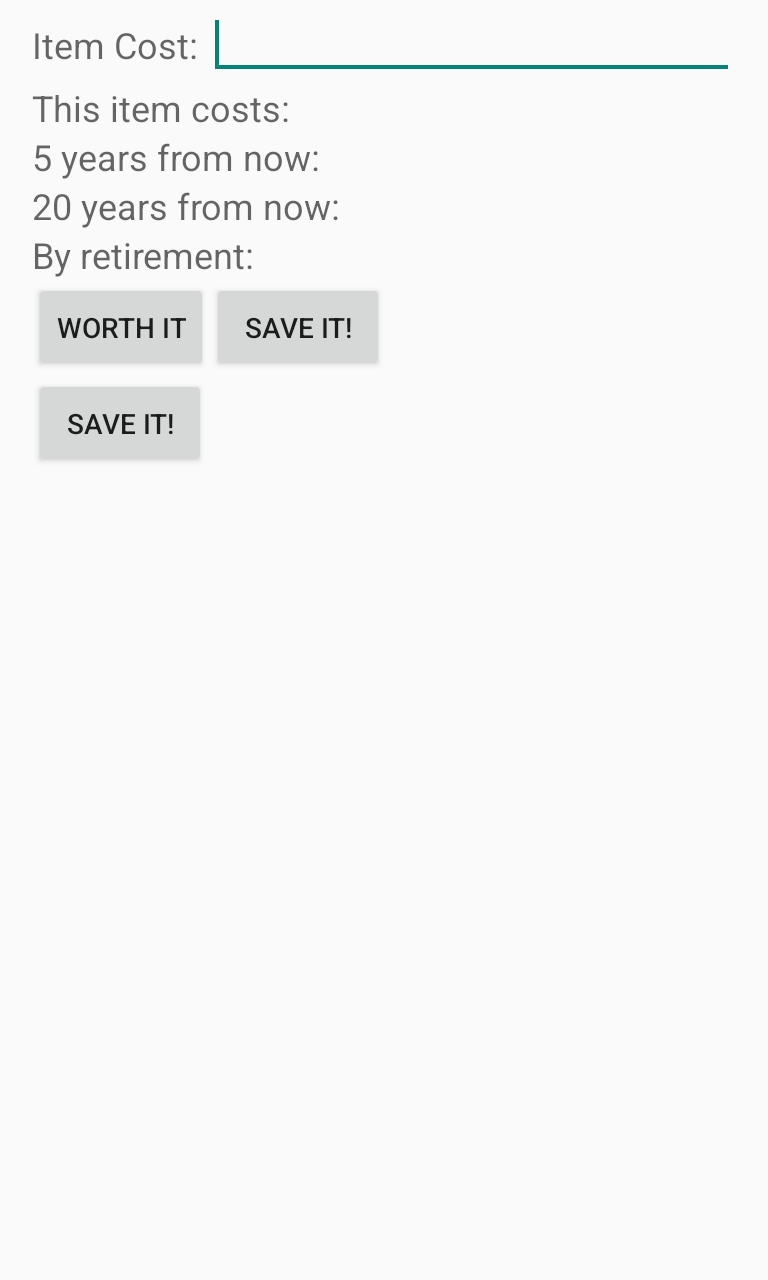
Repository: aallev11/saveit
Layout: ShouldISaveIt/res/layout/activity_main.xml
The author's editor kept a copy of each file at every save. The layout is drawn from the files as they stood at one save, then again after the next save.
It is drawn on a 768 x 1280 px phone screen (xhdpi) without system bars, with theme AppTheme; the app's code is not run.

Above is the layout before, as saved 2014-03-30 13:42:24.

After the next save:
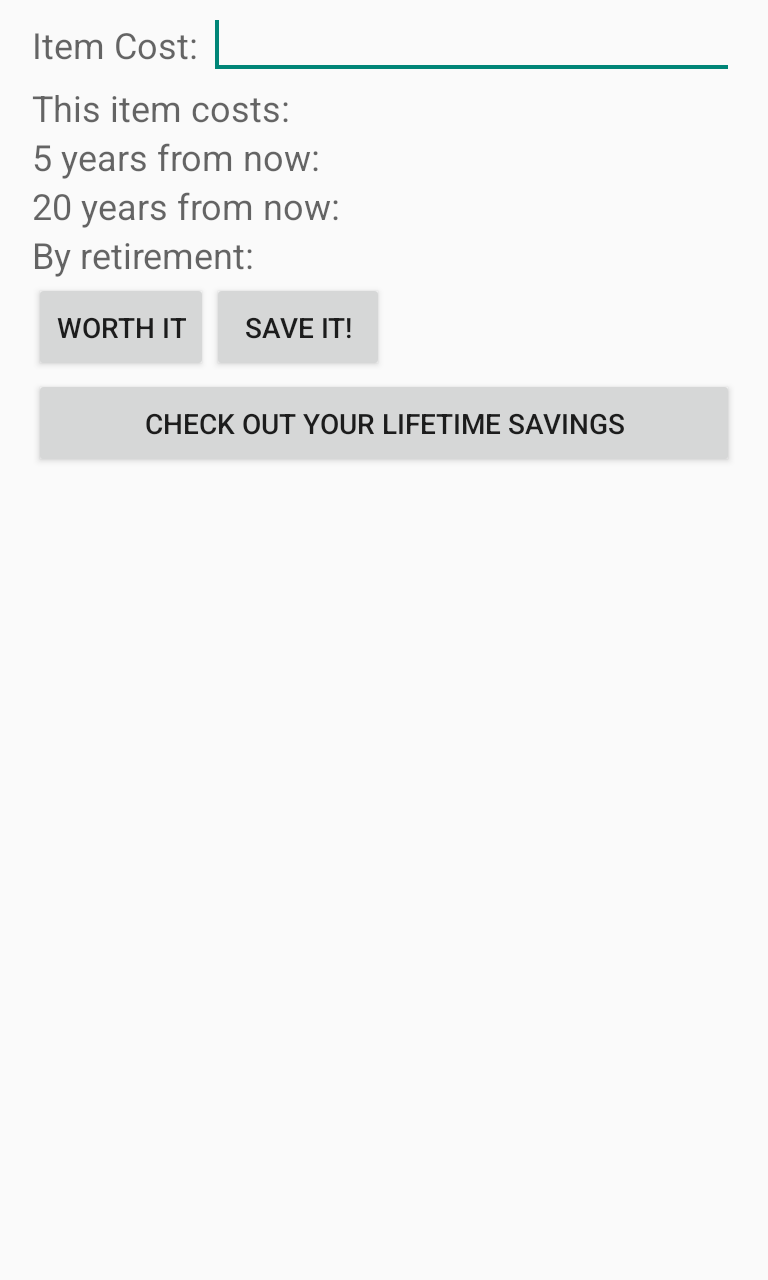
Saved 65 s later.
--- a/ShouldISaveIt/res/layout/activity_main.xml
+++ b/ShouldISaveIt/res/layout/activity_main.xml
@@ -129,10 +129,10 @@
 
             <Button
                 android:id="@+id/lifetimeSavings"
-                android:layout_width="wrap_content"
+                android:layout_width="fill_parent"
                 android:layout_height="wrap_content"
                 android:onClick="lifetimeSavings"
-                android:text="Save It!" />
+                android:text="Check out your lifetime savings" />
         </LinearLayout>
     </LinearLayout>
 
